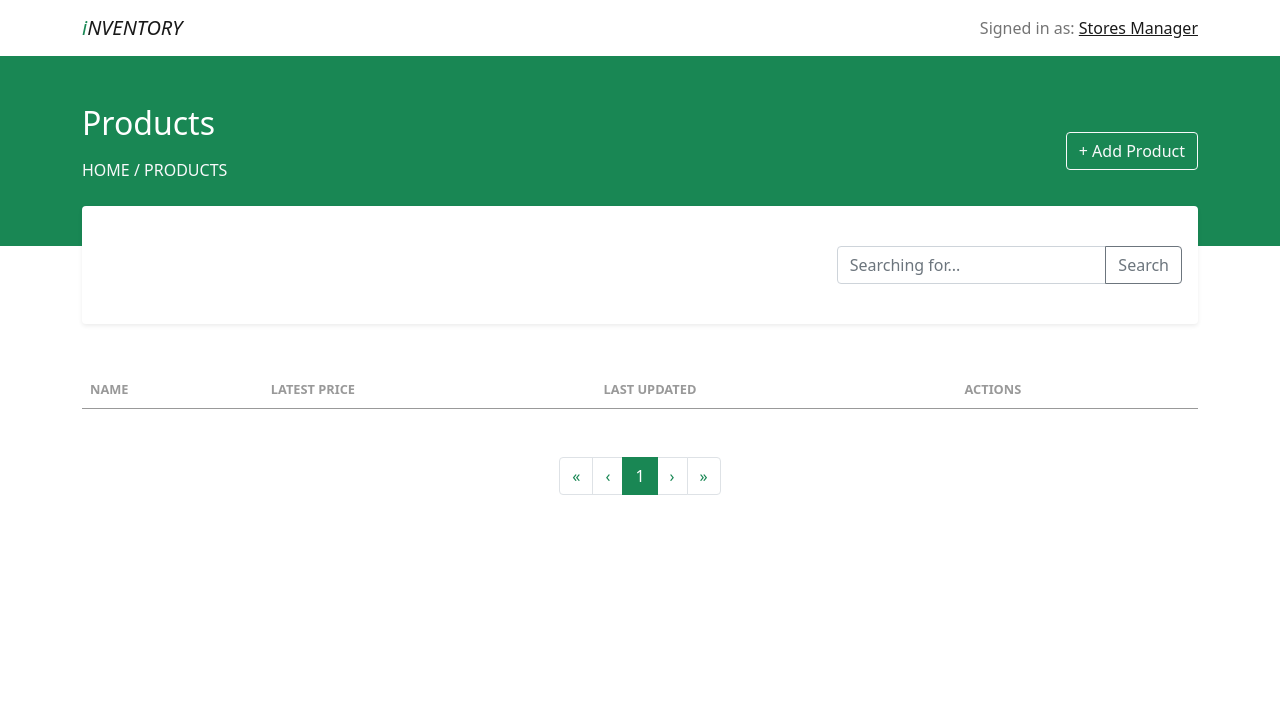
Repository: tHEO2k17/inventory-manager
Page: /
These files come from the project's save history. The page is drawn as it stood at one moment and after the next save; the edit follows.
The browser window is 1280 px wide. The pictures show the whole page.
The project was rebuilt for these pictures with package versions that can differ from the ones it lists, and the page was loaded fresh each time. Also part of the build but not shown: src/presentation/components/ProductForm.tsx, src/presentation/components/EmptyRow.tsx.

Above is the page before, as saved 2021-09-01 08:36:36.

### src/index.tsx
import React from 'react';
import ReactDOM from 'react-dom';
import { Provider } from 'react-redux';
import store from './core/store';
import './index.scss';
import App from './presentation/App';

ReactDOM.render(
  <React.StrictMode>
    <Provider store={store}>
      <App />
    </Provider>
  </React.StrictMode>,
  document.getElementById('root')
);

### src/core/store.ts
import { configureStore } from '@reduxjs/toolkit';
import productReducer from '../presentation/slice/product';

const store = configureStore({
    reducer: {
        productsResponse: productReducer
    }
});

// Infer the `RootState` and `AppDispatch` types from the store itself
export type RootState = ReturnType<typeof store.getState>
// Inferred type: {posts: PostsState, comments: CommentsState, users: UsersState}
export type AppDispatch = typeof store.dispatch

export default store;

### src/index.scss
@import '~bootstrap/scss/bootstrap.scss';

// body{
//     background-color: #F2F2F2;
// }

.table thead tr > th{
    text-transform: uppercase;
    font-size: 0.8rem;
    color: #999;
}

.mtn-40{
    margin-top: -40px;
}

.page-item.active .page-link {
    background-color: #198754;
    border-color: #198754;
}

.page-link {
    color: #198754;
}

### src/presentation/App.tsx
import ProductsPage from './pages/ProductsPage';

export default function App() {
  return ( <ProductsPage/> );
}

### src/presentation/slice/product.ts
import { createSlice } from "@reduxjs/toolkit";
import { typedMock } from "../../core/mock";
import ProductRepository from "../../domain/repository/product.repository";

const productSlice = createSlice({
    name: 'products',
    initialState: typedMock,
    reducers: {
        getProducts: (state, action) => {
            state.products = ProductRepository.fetchProducts();
        }
    }
})

export const { getProducts } = productSlice.actions;
export default productSlice.reducer;

### src/presentation/pages/ProductsPage.tsx
import { Component } from "react"
import { Button, Card, Col, Container, FormControl, InputGroup, Pagination, Row } from "react-bootstrap";
import Banner from "../components/Banner";
import TopBar from "../components/TopBar";
import ProductListing from "../components/ProductListing";

class ProductsPage extends Component {
    render() {
        return (
            <>
                <TopBar />
                <Banner />
                <Container>
                    <Card className="mtn-40 border-0 shadow-sm">
                        <Card.Body className="my-4">
                            <Row>
                                <Col md="4" className="offset-8">
                                    <InputGroup>
                                        <FormControl
                                            placeholder="Searching for..."
                                            aria-label="Searching for..."
                                            aria-describedby="basic-addon2"
                                        />
                                        <Button variant="outline-secondary" id="button-addon2"> Search</Button>
                                    </InputGroup>
                                </Col>
                            </Row>
                        </Card.Body>
                    </Card>
                    <ProductListing />
                    <Pagination className="mt-5 d-flex justify-content-center">
                        <Pagination.First />
                        <Pagination.Prev />
                        <Pagination.Item active>{1}</Pagination.Item>
                        <Pagination.Next />
                        <Pagination.Last />
                    </Pagination>
                </Container>
            </>
        );
    }
}

export default ProductsPage;

### src/core/mock.ts
import { IResponse } from "../domain/dto/IResponse";

export const mock = {
    "products": [
        {
            "id": 1,
            "name": "Exforge 10mg",
            "prices": [
                {
                    "id": 1,
                    "price": 10.99,
                    "date": "2019-01-01T17:16:32+00:00"
                },
                {
                    "id": 2,
                    "price": 9.20,
                    "date": "2018-11-01T17:16:32+00:00"
                }
            ]
        },
        {
            "id": 2,
            "name": "Exforge 20mg",
            "prices": [
                {
                    "id": 3,
                    "price": 12.00,
                    "date": "2019-01-01T17:16:32+00:00"
                },
                {
                    "id": 4,
                    "price": 13.20,
                    "date": "2018-11-01T17:16:32+00:00"
                }
            ]
        },
        {
            "id": 3,
            "name": "Paracetamol 20MG",
            "prices": [
                {
                    "id": 5,
                    "price": 5.00,
                    "date": "2017-01-01T17:16:32+00:00"
                },
                {
                    "id": 6,
                    "price": 13.20,
                    "date": "2018-11-01T17:16:32+00:00"
                }
            ]
        }
    ]
};

export const typedMock: IResponse = JSON.parse(JSON.stringify(mock));

### src/domain/repository/product.repository.ts
import { mock } from "../../core/mock"
import { IProduct } from "../dto/IProduct";

export default class ProductRepository {

    public static fetchProducts(): any {
        return mock.products;
    }

    public static addProduct(product: IProduct) {
        return;
    }

    public static editProduct(id: number, product: IProduct) {
        return;
    }

    public static deleteProduct(id: number) {
        return;
    }
}

### src/presentation/components/Banner.tsx
import { useState } from "react";
import { Button, Col, Container, Modal, Row } from "react-bootstrap";
import ProductForm from "./ProductForm";

const Banner = () => {
    const [show, setShow] = useState(false);

    const handleClose = () => setShow(false);
    const handleShow = () => setShow(true);

    return (
        <>
            <section className="bg-success">
                <Container className="py-5 text-white">
                    <Row className="align-items-center">
                        <Col>
                            <h2>Products</h2>
                            <p className="text-light mt-3 fw-light fs-6">HOME / PRODUCTS</p>
                        </Col>
                        <Col>
                            <Button variant="outline-light" className="float-end" onClick={handleShow}>+ Add Product</Button>
                        </Col>
                    </Row>
                </Container>
            </section>

            <Modal show={show} onHide={handleClose}>
                <Modal.Header closeButton> New Product</Modal.Header>
                <Modal.Body><ProductForm/></Modal.Body>
            </Modal>
        </>
    );
}

export default Banner;

### src/presentation/components/TopBar.tsx
import { Container, Navbar } from "react-bootstrap";

const TopBar = () => {
    return (
        <Navbar>
            <Container>
                <Navbar.Brand href="#home" className="fst-italic"><span className="text-success">i</span>NVENTORY</Navbar.Brand>
                <Navbar.Toggle />
                <Navbar.Collapse className="justify-content-end">
                    <Navbar.Text>
                        Signed in as: <a href="#login">Stores Manager</a>
                    </Navbar.Text>
                </Navbar.Collapse>
            </Container>
        </Navbar>
    );
}

export default TopBar;

### src/presentation/components/ProductListing.tsx
import { useEffect } from "react";
import { Table } from "react-bootstrap";
import { useAppSelector } from "../../core/hook";
import { IProduct } from "../../domain/dto/IProduct";
import EmptyRow from "./EmptyRow";
import Product from "./Product";

const ProductListing = () => {

    const products = useAppSelector(state => state.productsResponse.products);

    const renderTableRows = (): any => {
        products.map((product: IProduct) => {
            console.log(product);
            return <Product key={product.id} product={product} />
        });
    }

    return (
        <Table striped className="mt-5">
            <thead>
                <tr>
                    <th>Name</th>
                    <th>Latest Price</th>
                    <th>Last Updated</th>
                    <th>Actions</th>
                </tr>
            </thead>
            <tbody>
                {products.length <= 0 ? <EmptyRow /> : renderTableRows()}
            </tbody>
        </Table>
    );
}

export default ProductListing;

### src/core/hook.ts

import { TypedUseSelectorHook, useDispatch, useSelector } from 'react-redux'
import { AppDispatch, RootState } from './store'

export const useAppDispatch = () => useDispatch<AppDispatch>()
export const useAppSelector: TypedUseSelectorHook<RootState> = useSelector

### src/presentation/components/Product.tsx
import { useEffect } from "react";
import { Button } from "react-bootstrap"
import moment from 'moment';
import { IProduct } from "../../domain/dto/IProduct";
import { IPrice } from "../../domain/dto/IPrice";

const Product = ({ product }: ProductProps) => {

    useEffect(() => {
        console.log(product);
    });

    const findLatestPriceInfo = (prices: IPrice[]): any => {
        return prices.reduce(
            (acc: any, value: any) =>
                moment(acc.date).isAfter(value.date)
                    ? acc
                    : value
        );
    }

    return (
        <tr>
            <td width="50%">{product.name}</td>
            {/* <td>{findLatestPriceInfo(product.prices).price}</td>
            <td>{findLatestPriceInfo(product.prices).date}</td> */}
            <td width="15%">
                <Button size="sm" variant="outline-secondary">View</Button>
                <Button size="sm" variant="outline-secondary" className="mx-2">Edit</Button>
                <Button size="sm" variant="outline-danger">Delete</Button>
            </td>
        </tr>
    );

}

export default Product;

type ProductProps = {
    key: any,
    product: IProduct
}

Loaded but not shown: public/index.html (common file)

After the next save:
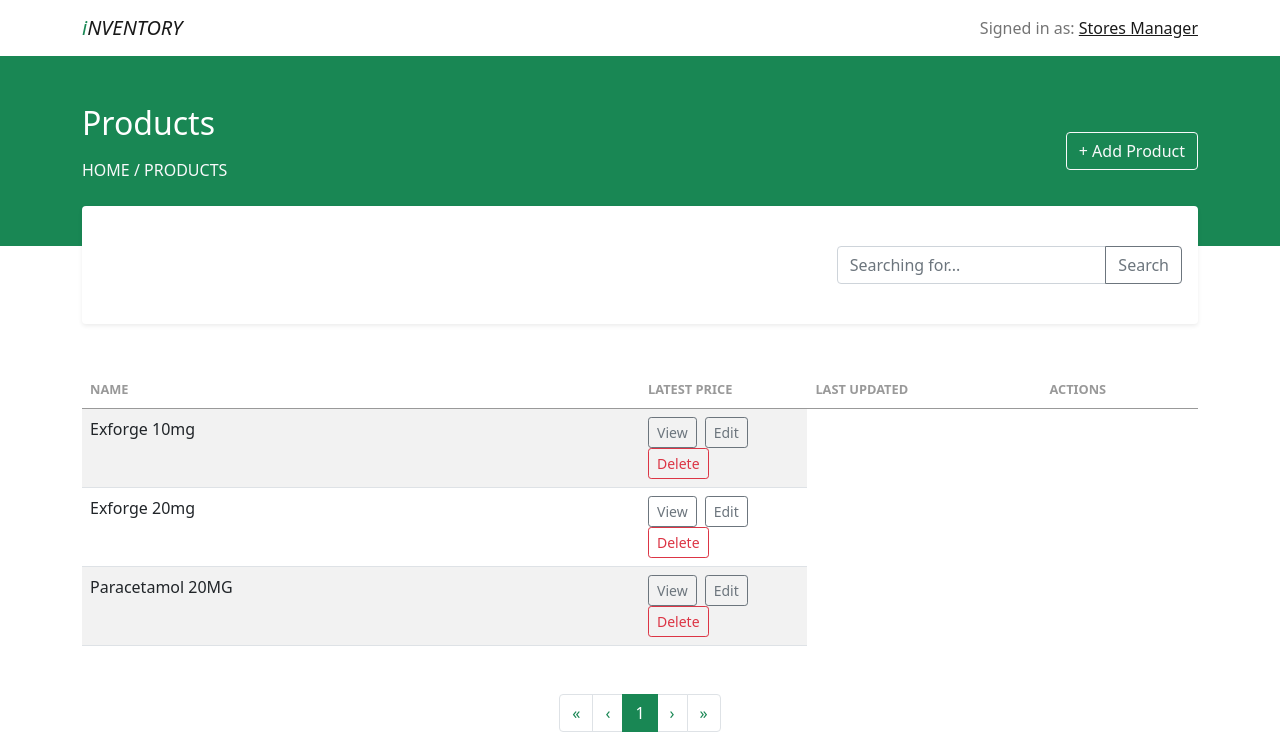
Saved 6 s later.
--- a/src/presentation/components/ProductListing.tsx
+++ b/src/presentation/components/ProductListing.tsx
@@ -10,7 +10,7 @@ const ProductListing = () => {
     const products = useAppSelector(state => state.productsResponse.products);
 
     const renderTableRows = (): any => {
-        products.map((product: IProduct) => {
+        return products.map((product: IProduct) => {
             console.log(product);
             return <Product key={product.id} product={product} />
         });
